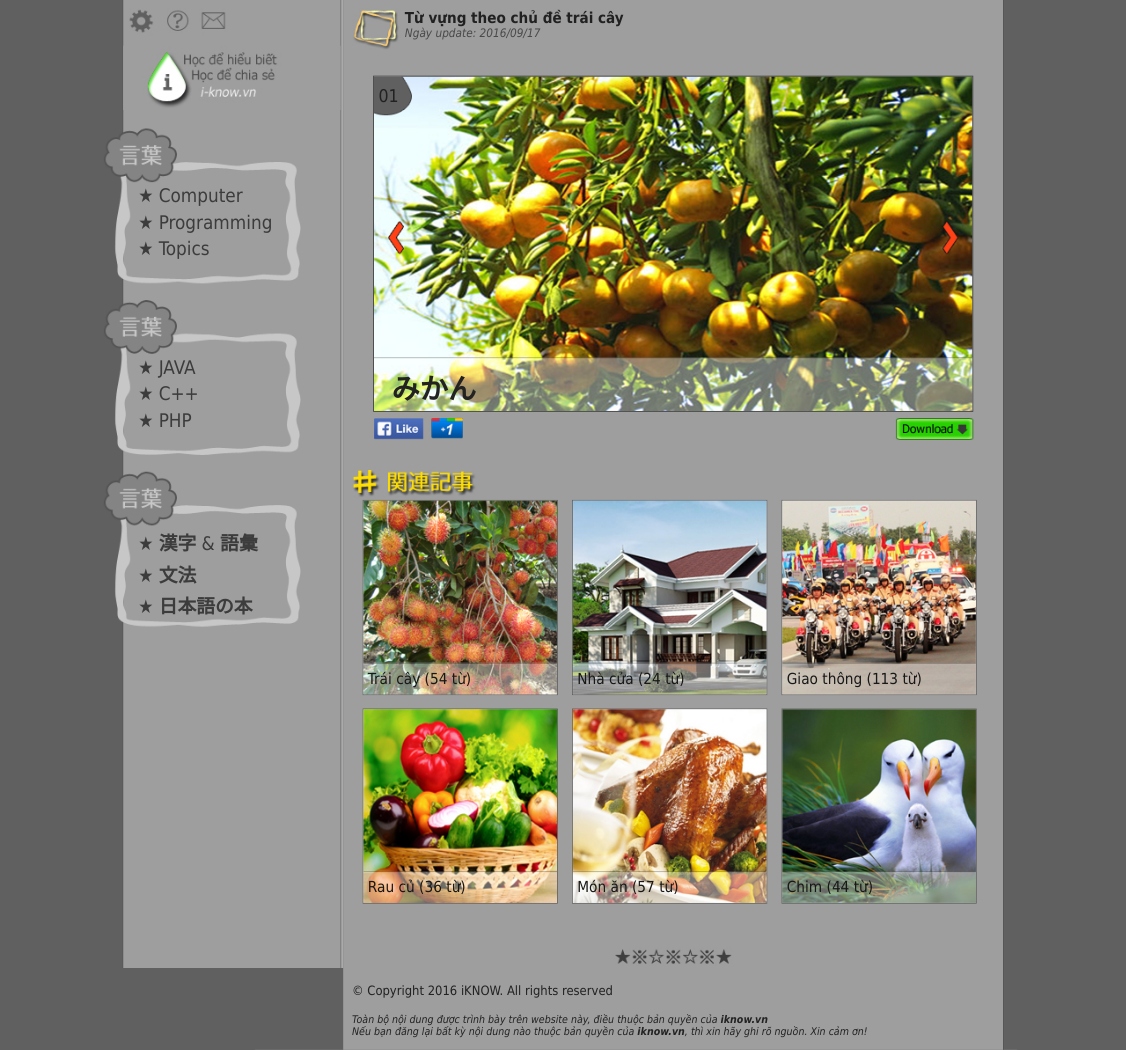
Repository: ruanonglam/_workspace
Page: Web Design/iknow.vn/WebContent/cotoba-view.html
These files come from the project's save history. The page is drawn as it stood at one moment and after the next save; the edit follows.
The browser window is 1280 px wide. The pictures show the whole page, at 88% of full size.

Above is the page before, as saved 2016-09-18 06:15:25.

### Web Design/iknow.vn/WebContent/cotoba-view.html
<!DOCTYPE html PUBLIC "-//W3C//DTD HTML 4.01 Transitional//EN" "http://www.w3.org/TR/html4/loose.dtd">
<html>
<head>
<meta http-equiv="Content-Type" content="text/html; charset=UTF-8">
<link rel="icon" type="image/png" href="_img/body/iknow-favorite.png" />
<link rel="stylesheet" type="text/css" href="_css/main.css">
<title>iknow - Từ vựng &bull; Trái cây</title>
<body>
<div id="main_frame">
	<div id="main_body">
		<!-- LEFT -->
		<div id="left_frame">
			<!-- .:Toolbar:. -->
			<div id="left_toolbar">
				<ul id="left_toolbar">
					<li><img alt="Setting" src="_img/body/left-setting-icon.png"></li>
					<li><img alt="About iknow.vn" src="_img/body/left-help-icon.png"></li>
					<li><img alt="Contact" src="_img/body/left-mail-icon.png"></li>
				</ul>
			</div>

			<!-- .:Logo:. -->
			<a href="#" id="logo"><img alt="iknow.vn" src="_img/body/iknow-logo.png"></a>

			<!-- .:Menu1:. -->
			<div class="left_menu">
				<ul>
					<li><a href="#">★ Computer</a></li>
					<li><a href="#">★ Programming</a></li>
					<li><a href="#">★ Topics</a></li>
				</ul>
			</div>

			<!-- .:Menu2:. -->
			<div class="left_menu">
				<ul>
					<li><a href="#">★ JAVA</a></li>
					<li><a href="#">★ C++</a></li>
					<li><a href="#">★ PHP</a></li>
				</ul>
			</div>

			<!-- .:Menu3:. -->
			<div class="left_menu">
				<ul>
					<li><a href="#">★ <b>漢字</b> & <b>語彙</b></a></li>
					<li><a href="#">★ <b>文法</b></a></li>
					<li><a href="#">★ <b>日本語の本</b></a></li>
				</ul>
			</div>

		</div>


		<!-- RIGHT -->
		<div id="right_frame">
			<!-- .:Topic:. -->
			<div id="right_topic">
				<h3>Từ vựng theo chủ đề trái cây</h3>
				<i>Ngày update: 2016/09/17</i>
			</div>

			<!-- .:Vocabulary Show:. -->
			<div id="right_vocab_show">
				<!-- .:Action:. -->
				<div id="right_vocab_action">
					<!-- Left Row -->
					<div id="right_row_left">
						<!-- .:Number:. -->
						<div id="right_vocab_number">01</div>
						<div class="right_row-action">
							<a href="#"><img alt="view-vocabulary" src="_img/body/right-vocab-row-left.png"></a>
						</div>
					</div>
					<!-- Right Row -->
					<div id="right_row_right">
						<div class="right_row-action" id="right_row-action_right">
							<a href="#"><img alt="view-vocabulary" src="_img/body/right-vocab-row-right.png"></a>
						</div>
					</div>
				</div>

				<!-- .:Show vocabulary:. -->
				<h3 id="right_vocab_text">みかん</h3>
				<div id="right_vocab_detail"></div>
			</div>

			<!-- .:Vocabulary toolbar:. -->
			<div id="right_vocab_tool">
				<ul id="left">
					<li><a href="#"><img alt="Facebook liked" src="_img/body/toolbar-facebook.png"></a></li>
					<li><a href="#"><img alt="Google+" src="_img/body/toolbar-google.png"></a></li>
				</ul>

				<ul id="right">
					<li><a href="#"><img alt="Download" src="_img/body/toolbar-download.png"></a></li>
				</ul>
			</div>

			<!-- .:Relate Vocabulary:. -->
			<div id="right_vocab_relate_title"></div>

			<!-- .:Relate Topic Show:. -->
			<!-- .:Line-1:. -->
			<div id="right_vocab_relate_line">
				<div class="right_relate_item">
					<a href="#">
						<img alt="Vocabulary" src="_img/sample/traicay/_thumb_traicay.jpg">
						<div id="_title"></div>
						<font>Trái cây (54 từ)</font>
					</a>
				</div>
				<div class="right_relate_item">
					<a href="#"><img alt="Vocabulary" src="_img/sample/nhacua/_thumb_nhacua.jpg"></a>
					<div id="_title"></div>
					<font>Nhà cửa (24 từ)</font>
				</div>
				<div class="right_relate_item">
					<a href="#"><img alt="Vocabulary" src="_img/sample/giaothong/_thumb_giaothong.jpg"></a>
					<div id="_title"></div>
					<font>Giao thông (113 từ)</font>
				</div>
			</div>

			<!-- .:Line-2:. -->
			<div id="right_vocab_relate_line">
				<div class="right_relate_item">
					<a href="#"><img alt="Vocabulary" src="_img/sample/raucu/_thumb_raucu.jpg"></a>
					<div id="_title"></div>
					<font>Rau củ (36 từ)</font>
				</div>
				<div class="right_relate_item">
					<a href="#"><img alt="Vocabulary" src="_img/sample/monan/_thumb_monan.jpg"></a>
					<div id="_title"></div>
					<font>Món ăn (57 từ)</font>
				</div>
				<div class="right_relate_item">
					<a href="#"><img alt="Vocabulary" src="_img/sample/chim/_thumb_chim.jpg"></a>
					<div id="_title"></div>
					<font>Chim (44 từ)</font>
				</div>
			</div>

			<!-- .:Footer:. -->
			<div id="footer">
				© Copyright 2016 iKNOW. All rights reserved<br/><br/>
				<i>
					Toàn bộ nội dung được trình bày trên website này, điều thuộc bản quyền của <b>iknow.vn</b>
					<br/>Nếu bạn đăng lại bất kỳ nội dung nào thuộc bản quyền của <b>iknow.vn</b>, thì xin hãy ghi rõ nguồn. Xin cảm ơn!
				</i>
			</div>
		</div>
	</div>
</div>

</head>
<body>

</body>
</html>

### Web Design/iknow.vn/WebContent/_css/main.css
*{
	padding: 0;
	margin: 0;
}
body{
	background: #606060;
	font-family: Tahoma, "Times New Roman", Arial, "MS PMincho","MS Gothic";
	font-size: 11pt;
	color: #222222;
}
a img{
	border: none;
	text-decoration: none;
}

div#main_frame{
	margin: auto;
	width: 1200px;
	height: auto;
}

div#main_body{
	margin: auto;
	width: 1002px;
	height: auto;
	border: 1px solid #454545;
	border-bottom: none;
	border-top: none;
	background: #9E9E9E;
}

/**********************************************************/
/**********************************************************/
/**********************************************************/
/**********************************************************/
/**********************************************************/
/**********************************************************/
div#left_frame{
	float: left;
	width: 250px;
	min-height: 1100px;
	height: auto;
	border-left: 1px solid #454545;
	background: #9E9E9E url("../_img/body/left-body-bg.png") repeat-y;
}

div#left_toolbar{
	display: block;
	height: 32px;
	margin-top: 10px;
	margin-bottom: 10px;
}
ul#left_toolbar li{
	display: inline-block;
	margin-left: 5px;
}

a#logo{
	display: block;
	margin-bottom: 20px;
}


div.left_menu{
	display: block;
	position: relative;
	left: -23px;
	width: 190px;
	height: 115px;
	margin-bottom:15px;
	padding-left: 40px;
	padding-top: 65px;
	background: url("../_img/body/left-menu-group-bg.png");
}
div.left_menu ul li{
	display: block;
	color: #3C3C3C;
	font-size: 16pt;
	margin-bottom: 5px;
}
div.left_menu ul li a{
	text-decoration: none;
	color: #3C3C3C;
}
div.left_menu ul li a:HOVER{
	color: #FFFFFF;
}


/**********************************************************/
/**********************************************************/
/**********************************************************/
/**********************************************************/
/**********************************************************/
/**********************************************************/
div#right_frame{
	float: right;
	width: 730px;
	padding: 10px;
	min-height: 980px;
	border-right: 1px solid #454545;
	background: #9E9E9E;
}

div#right_topic{
	display: block;
	width: 670px;
	height: 46px;
	padding-left: 60px;
	margin-bottom: 30px;
	background: url("../_img/body/right-topic-icon.png") no-repeat;
}
div#right_topic h3{
	color: #212121;
}
div#right_topic i{
	color: #484848;
	font-size: 10pt;
}

div#right_vocab_show{
	display: block;
	width: 680px;
	height: 380px;
	margin: auto;
	border: 1px solid #454545;
	background: url("../_img/sample/traicay/1.jpg");
}
div#right_vocab_action{
	display: block;
	width: 100%;
	height: 320px;
}
div#right_vocab_detail{
	display: block;
	position: relative;
	bottom: 1px;
	width: 100%;
	height: 60px;
	opacity: 0.4;
    filter: alpha(opacity=40);
	background: #FFFFFF;
	border-top: 1px solid #454545;
}
div#right_row_left{
	float: left;
	width: 50px;
	height: 100%;
	background: url("../_img/body/right-vocab-num.png") no-repeat;
}
div.right_row-action{
	margin-top: 110px;
}
div#right_row-action_right{
	margin-top: 160px;
}
div#right_vocab_number{
	width: 45px;
	height: 40px;
	padding-top: 10px;
	padding-left: 5px;
	font-size: 15pt;
}
div#right_row_right{
	float: right;
	width: 50px;
	height: 100%;
}

h3#right_vocab_text{
	display: block;
	position: absolute;
	z-index: 1;
	width: 660px;
	height: 51px;
	font-size: 24pt;
	padding-left: 20px;
	padding-top: 7pt;
}

div#right_vocab_tool{
	clear: both;
	display: block;
	width: 684px;
	height: 45px;
	padding-top: 5px;
	margin-top: 15px;
	margin: auto;
}
div#right_vocab_tool ul#left{
	float: left;
}
div#right_vocab_tool ul#right{
	float: right;
}
div#right_vocab_tool ul li{
	display: inline-block;
}


/***/
div#right_vocab_relate_title{
	display: block;
	width: 100%;
	height: 35px;
	margin-top: 15px;
	background: url("../_img/body/right-topic-relate.png") no-repeat;
}

/***/
div#right_vocab_relate_line{
	display: block;
	width: 718px;
	height: 222px;
	padding-left: 12px;
	margin-bottom: 15px;
}

div.right_relate_item{
	float: left;
	width: 220px;
	height: 220px;
	margin-right: 16px;
	border: 1px solid #5F5F5F;
	background: #C7C7C7;
}
div.right_relate_item a{
	text-decoration: none;
}
div.right_relate_item div#_title{
	position: relative;
	width: 100%;
	height: 35px;
	margin-top: -36px;
	z-index: 1;
	opacity: 0.4;
    filter: alpha(opacity=40);
    border-top: 1px solid #454545;
    background: #FFFFFF;
}
div.right_relate_item font{
	display: block;
	position: relative;
	width: 215px;
	height: 28px;
	margin-top: -35px;
	z-index: 1000;
	font-size: 13pt;
	padding-top: 7px;
	padding-left: 5px;
	color: #181818;
}


/**********************************/
div#footer{
	display: block;
	position: static;
	width: 730px;
	height: 66px;
	margin-top: 50px;
	padding-top: 40px;
	bottom: 0;
	background:url("../_img/body/footer-bg.png") no-repeat center top;
}
div#footer i{
	font-size: 9pt;
}

After the next save:
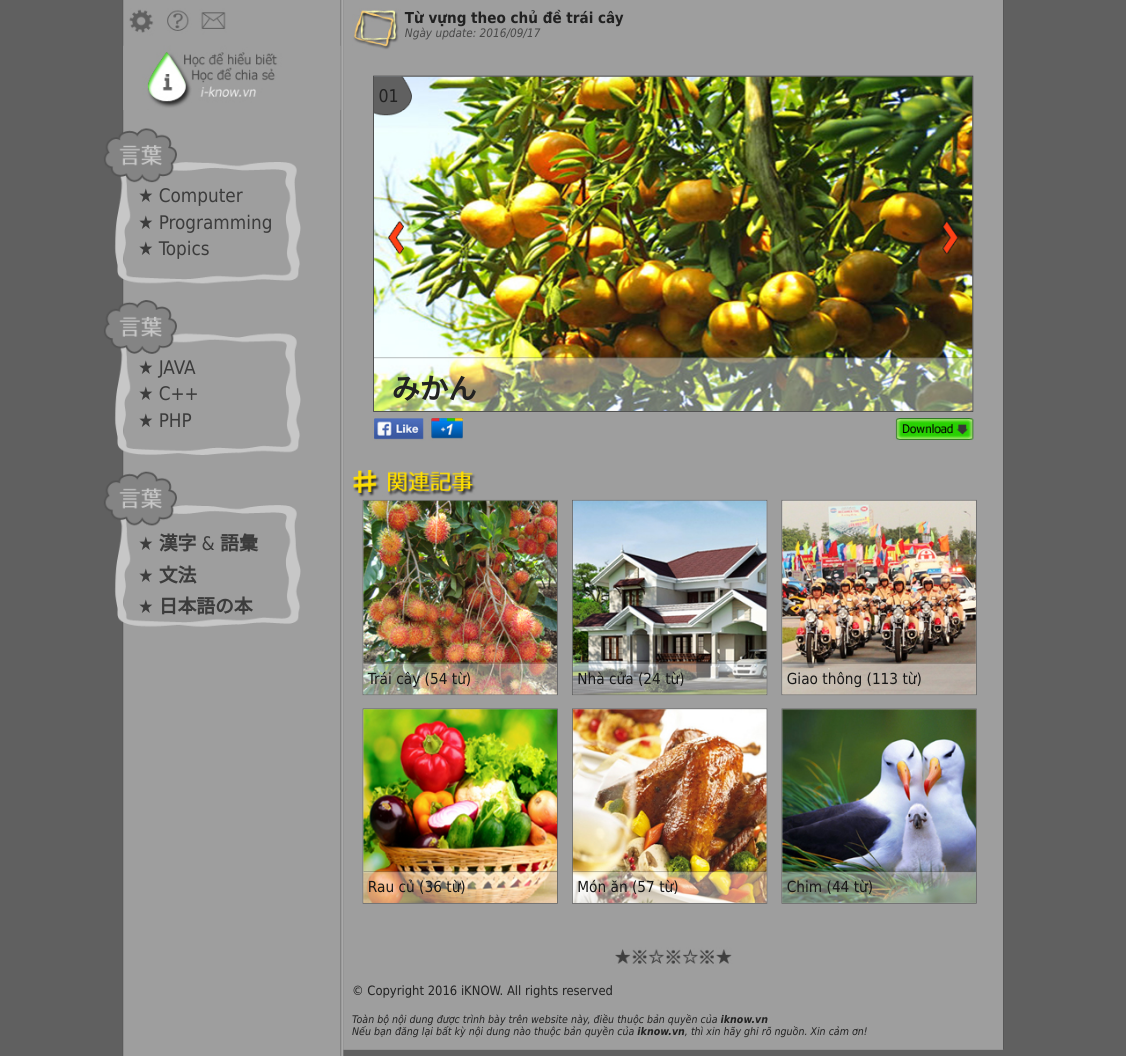
Saved 8 s later.
--- a/Web Design/iknow.vn/WebContent/_css/main.css
+++ b/Web Design/iknow.vn/WebContent/_css/main.css
@@ -38,7 +38,7 @@ div#main_body{
 div#left_frame{
 	float: left;
 	width: 250px;
-	min-height: 1100px;
+	min-height: 1200px;
 	height: auto;
 	border-left: 1px solid #454545;
 	background: #9E9E9E url("../_img/body/left-body-bg.png") repeat-y;
